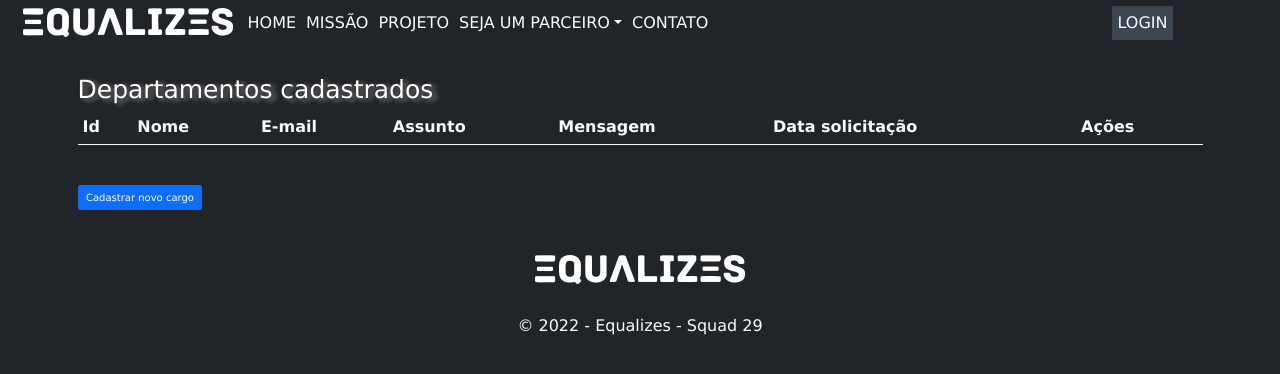
Repository: SQUAD29T3/-SpringEqualizesFinal
Page: http://localhost/admin/contato/listar
These files come from the project's save history. The page is drawn as it stood at one moment and after the next save; the edit follows.
The browser window is 1280 px wide. The pictures show the whole page.
Some web fonts or font styles are not loaded; a fallback is used. The page is this project's Thymeleaf template; nobody is signed in. The template is opened directly, without the code that normally fills it, so the values that code supplies are empty.

Above is the page before, as saved 2022-10-25 01:42:45.
Console error: TypeError: Cannot set properties of null (setting 'value')

### SpringEqualizes/src/main/resources/templates/admin/contato/listar.html
<!DOCTYPE html>
<html lang="pt-br">

<head>
	<meta charset="UTF-8">
	<meta http-equiv="X-UA-Compatible" content="IE=edge">
	<meta name="viewport" content="width=device-width, initial-scale=1.0">

	<!-- BOOTSTRAP CSS -->
	<link href="https://cdn.jsdelivr.net/npm/bootstrap@5.0.2/dist/css/bootstrap.min.css" rel="stylesheet"
		integrity="sha384-EVSTQN3/azprG1Anm3QDgpJLIm9Nao0Yz1ztcQTwFspd3yD65VohhpuuCOmLASjC" crossorigin="anonymous">

	<!-- ICON DO SITE (E) -->
	<link rel="shortcut icon" th:href="@{/img/icon.jpg}" type="image/x-icon">


	<!-- GOOGLE ICON -->
	<link rel="stylesheet"
		href="https://fonts.googleapis.com/css2?family=Material+Symbols+Outlined:opsz,wght,FILL,GRAD@48,400,0,0" />

	<!-- CSS EXTERNO -->
	<link rel="stylesheet" th:href="@{css/all.css}">




	<title> Solicitação de contato realizada com sucesso! | Equalizes </title>

</head>

<body>


	<div class="container-fluid">

		<!-- INÍCIO MENU -->

		<div class="row">

			<div class="col-12 mb-5">

				<nav class="navbar navbar-expand-lg navbar-light bg-dark">
					<div class="container-fluid">
						<a class="navbar-brand" href="/">

							<img th:src="@{/img/logo_equalizes_white.png}" alt="logo" class="logo">

						</a>
						<button class="navbar-toggler d-lg-none" type="button" data-bs-toggle="collapse"
							data-bs-target="#collapsibleNavId" aria-controls="collapsibleNavId" aria-expanded="false"
							aria-label="Toggle navigation" style="background-color: #164B66;">
							<span class="navbar-toggler-icon"></span>
						</button>
						<div class="collapse navbar-collapse text-center" id="collapsibleNavId">
							<ul class="navbar-nav me-auto mt-2 mt-lg-0">
								<li class="nav-item active">
									<a class="nav-link text-light btn-hover" href="/"> HOME <span
											class="visually-hidden">(current)</span></a>
								</li>
								<li class="nav-item">
									<a class="nav-link text-light btn-hover" href="/"> MISSÃO </a>
								</li>
								<li class="nav-item">
									<a class="nav-link text-light btn-hover" href="/"> PROJETO </a>
								</li>

								<li class="nav-item dropdown">
									<a class="nav-link dropdown-toggle text-light btn-hover" href="#" id="dropdownId"
										data-bs-toggle="dropdown" aria-haspopup="true" aria-expanded="false">SEJA UM
										PARCEIRO</a>
									<div class="dropdown-menu" aria-labelledby="dropdownId">
										<a class="dropdown-item text-center btn-hover"
											href="/cadastroEscola">ESCOLAS</a>

										<hr class="dropdown-divider">

										<a class="dropdown-item text-center btn-hover"
											href="/cadastroEmpresa">EMPRESAS</a>
									</div>
								</li>

								<li class="nav-item">
									<a class="nav-link text-light btn-hover" href="/contato"> CONTATO </a>
								</li>
								<li class="nav-item">
									<a class="nav-link text-light btn-login float-right" href="/login"> LOGIN </a>
								</li>

							</ul>

						</div>
					</div>
				</nav>

			</div>

		</div>

		<!-- FIM MENU -->


		<!-- INÍCIO LISTA -->

		<div class="container">

		<div class="row">
			<div class="col-sm-12">
				<h1>Departamentos cadastrados</h1>
			</div>
		</div>

		<div class="row" id="table">
			<div class="col-sm-12">
				<table class="table text-light">
					<thead>
						<tr>
							<th scope="col">Id</th>
							<th scope="col">Nome</th>
							<th scope="col">E-mail</th>
							<th scope="col">Assunto</th>
							<th scope="col">Mensagem</th>
							<th scope="col">Data solicitação</th>
							<th scope="col" colspan="2">Ações</th>
						</tr>
					</thead>
					<tbody>
						<tr th:each="contatos : ${contatos}">
							<th scope="row" th:text="${contatos.id}"></th>
							<td th:text="${contatos.nome}"></td>
							<td th:text="${contatos.email}"></td>
							<td th:text="${contatos.assunto}"></td>
							<td th:text="${contatos.mensagem}"></td>
							<td th:text="${contatos.dataContato}"></td>
							<td>

							<!--
								<a th:href="@{/{id}/editarCargo (id=${cargo.id})}" class="btn btn-warning">
									Editar
								</a>
							</td>
							<td>
								<a th:href="@{/{id}/excluirCargo (id=${cargo.id})}" class="btn btn-danger"
									onclick="return confirm('Tem certeza que deseja excluir o cargo?');">
									Excluir
								</a>-->
							</td>
						</tr>
					</tbody>
				</table>
			</div>
		</div>

		<div class="row">
			<div class="col-sm-12">

				<!-- CHAMA A VIEW DE CADASTRO E PASSA UM OBJETO VAZIO -->
				<a th:href="@{/cadastrarDepartamento}" class="btn btn-primary mt-5 mb-5">Cadastrar novo cargo</a>
			</div>
		</div>






		</div>




		<!-- FIM LISTA -->


		<!-- ICON SCROLL TOP -->

		<i onclick="subirTela()" class="ri-arrow-up-s-line" id="icon-top"></i>

		<!-- ICON SCROLL TOP -->


		<!-- RODAPÉ -->

		<footer>


			<div class="row">

				<div class="col-12 text-center mt-4">

					<img th:src="@{/img/logo_equalizes_white.png}" alt="logo" class="logo">

				</div>

			</div>



			<div class="row">

				<div class="col-12 text-center mt-4">


					<div class="icon-redeSociais">

						<a href="https://github.com/SQUAD29T3" target="_blank"> <i class="ri-github-fill"></i></a>


					</div>


				</div>

			</div>


			<div class="row">
				<div class="col-12">

					<p class="text-light text-center pt-4"> &copy 2022 - Equalizes - Squad 29 </p>

				</div>
			</div>


		</footer>

		<!-- FIM RODAPÉ -->

	</div>


	<!-- INSERINDO VALOR AO INPUT DATA -->
	<script>
		const inputDate = document.querySelector('#dataContato');
		const dataHoje = new Date();

		const d = dataHoje.getDate().toString().padStart(2, '0'); // Dia com 2 digitos;
		const m = String(dataHoje.getMonth() + 1).padStart(2, '0'); // Mês com 2 digitos
		const y = dataHoje.getFullYear(); // Ano com 4 digitos


		inputDate.value = `${y}-${m}-${d}`;

	</script>


	<!-- JAVASCRIPT EXTERNO -->
	<script th:src="@{/js/all.js}"></script>


	<!-- BOOTSTRAP JS -->
	<script src="https://cdn.jsdelivr.net/npm/bootstrap@5.0.2/dist/js/bootstrap.bundle.min.js"
		integrity="sha384-MrcW6ZMFYlzcLA8Nl+NtUVF0sA7MsXsP1UyJoMp4YLEuNSfAP+JcXn/tWtIaxVXM"
		crossorigin="anonymous"></script>

</body>

</html>

### SpringEqualizes/src/main/resources/static/js/all.js

//REALIZA O SCROLL
function subirTela() {

    window.scrollTo({
        top: 0,
        left: 0,
        behavior: 'smooth'
    });

}


// CONDIÇÃO PARA MOSTRAR OU NÃO O BOTÃO

function btnScroll() {

    if (window.scrollY < 200) {
        document.getElementById("icon-top").style.display = "none";

    } else {
        document.getElementById("icon-top").style.display = "block";
    }
};

// Monitora o scroll.
window.addEventListener('scroll', btnScroll);



// MENU - ADMIN
function menuToggle() {

    let menuArea = document.getElementById("menu-area");

    if (menuArea.classList.contains('menu-aberto') == true) {

        menuArea.classList.remove('menu-aberto');

    } else {
        menuArea.classList.add('menu-aberto');
    }

}

Loaded but not shown: SpringEqualizes/src/main/resources/static/css/all.css (library)

After the next save:
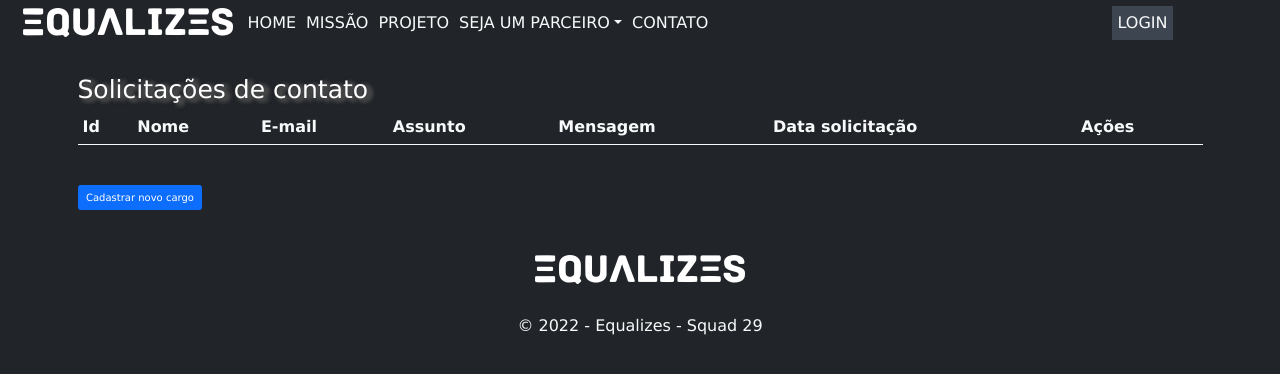
Saved 24 s later.
--- a/SpringEqualizes/src/main/resources/templates/admin/contato/listar.html
+++ b/SpringEqualizes/src/main/resources/templates/admin/contato/listar.html
@@ -105,7 +105,7 @@
 
 		<div class="row">
 			<div class="col-sm-12">
-				<h1>Departamentos cadastrados</h1>
+				<h1>Solicitações de contato</h1>
 			</div>
 		</div>
 
